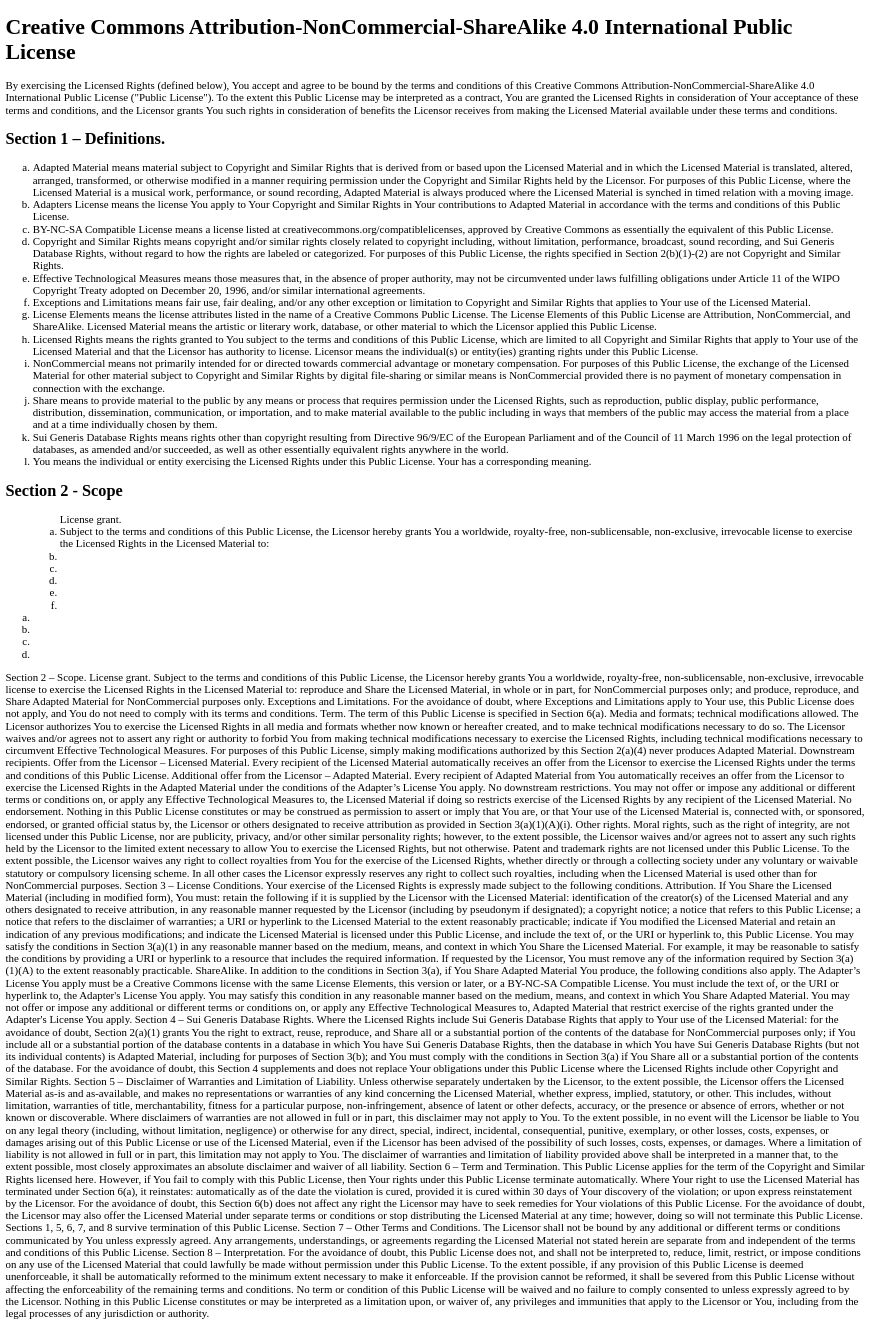
Repository: Team-Ikigami/Ascendance
Page: LICENSE-CC BY-NC-SA.html
An editor plug-in stored every save of this project. The page is shown before and after the next save, followed by the edit.
The browser window is 1280 px wide. The pictures show the whole page, at 68% of full size.

Above is the page before, as saved 2021-12-12 00:56:16.

### LICENSE-CC BY-NC-SA.html
<!DOCTYPE html>
<html lang="en">
<head>
	<meta charset="UTF-8">
	<meta http-equiv="X-UA-Compatible" content="IE=edge">
	<meta name="viewport" content="width=device-width, initial-scale=1.0">
	<title>LICENSE-CC BY-NC-SA</title>
	<style type="text/css">
		ol { list-style-type: lower-alpha; }
		#center { text-align: center; }
	</style>
</head>
<body>
	<h1 class="center">Creative Commons Attribution-NonCommercial-ShareAlike 4.0 International Public License</h1>
	<p>
		By exercising the Licensed Rights (defined below), You accept and agree to be bound by the terms and conditions of this Creative Commons Attribution-NonCommercial-ShareAlike 4.0 International Public License ("Public License"). To the extent this Public License may be interpreted as a contract, You are granted the Licensed Rights in consideration of Your acceptance of these terms and conditions, and the Licensor grants You such rights in consideration of benefits the Licensor receives from making the Licensed Material available under these terms and conditions.
	</p>
	<h2 class="center">Section 1 – Definitions.</h2>
	<ol>
		<li>
			Adapted Material means material subject to Copyright and Similar Rights that is derived from or based upon the Licensed Material and in which the Licensed Material is translated, altered, arranged, transformed, or otherwise modified in a manner requiring permission under the Copyright and Similar Rights held by the Licensor. For purposes of this Public License, where the Licensed Material is a musical work, performance, or sound recording, Adapted Material is always produced where the Licensed Material is synched in timed relation with a moving image.
		</li>
		<li>
			Adapters License means the license You apply to Your Copyright and Similar Rights in Your contributions to Adapted Material in accordance with the terms and conditions of this Public License.
		</li>
		<li>
			BY-NC-SA Compatible License means a license listed at creativecommons.org/compatiblelicenses, approved by Creative Commons as essentially the equivalent of this Public License.
		</li>
		<li>
			Copyright and Similar Rights means copyright and/or similar rights closely related to copyright including, without limitation, performance, broadcast, sound recording, and Sui Generis Database Rights, without regard to how the rights are labeled or categorized. For purposes of this Public License, the rights specified in Section 2(b)(1)-(2) are not Copyright and Similar Rights.
		</li>
		<li>
			Effective Technological Measures means those measures that, in the absence of proper authority, may not be circumvented under laws fulfilling obligations under Article 11 of the WIPO Copyright Treaty adopted on December 20, 1996, and/or similar international agreements.
		</li>
		<li>
			Exceptions and Limitations means fair use, fair dealing, and/or any other exception or limitation to Copyright and Similar Rights that applies to Your use of the Licensed Material.
		</li>
		<li>
			License Elements means the license attributes listed in the name of a Creative Commons Public License. The License Elements of this Public License are Attribution, NonCommercial, and ShareAlike.
			Licensed Material means the artistic or literary work, database, or other material to which the Licensor applied this Public License.
		</li>
		<li>
			Licensed Rights means the rights granted to You subject to the terms and conditions of this Public License, which are limited to all Copyright and Similar Rights that apply to Your use of the Licensed Material and that the Licensor has authority to license.
			Licensor means the individual(s) or entity(ies) granting rights under this Public License.
		</li>
		<li>
			NonCommercial means not primarily intended for or directed towards commercial advantage or monetary compensation. For purposes of this Public License, the exchange of the Licensed Material for other material subject to Copyright and Similar Rights by digital file-sharing or similar means is NonCommercial provided there is no payment of monetary compensation in connection with the exchange.
		</li>
		<li>
			Share means to provide material to the public by any means or process that requires permission under the Licensed Rights, such as reproduction, public display, public performance, distribution, dissemination, communication, or importation, and to make material available to the public including in ways that members of the public may access the material from a place and at a time individually chosen by them.
		</li>
		<li>
			Sui Generis Database Rights means rights other than copyright resulting from Directive 96/9/EC of the European Parliament and of the Council of 11 March 1996 on the legal protection of databases, as amended and/or succeeded, as well as other essentially equivalent rights anywhere in the world.
		</li>
		<li>
			You means the individual or entity exercising the Licensed Rights under this Public License. Your has a corresponding meaning.
		</li>
	</ol>
	<h2>Section 2 - Scope</h2>
	<ol>
		<ol>License grant.
			<li>Subject to the terms and conditions of this Public License, the Licensor hereby grants You a worldwide, royalty-free, non-sublicensable, non-exclusive, irrevocable license to exercise the Licensed Rights in the Licensed Material to:</li>
			<li></li>
			<li></li>
			<li></li>
			<li></li>
			<li></li>
		</ol>
		<li>
			<li></li>
			<li></li>
			<li></li>
		</li>
	</ol>
</body>
</html>

Section 2 – Scope.

License grant.
Subject to the terms and conditions of this Public License, the Licensor hereby grants You a worldwide, royalty-free, non-sublicensable, non-exclusive, irrevocable license to exercise the Licensed Rights in the Licensed Material to:
reproduce and Share the Licensed Material, in whole or in part, for NonCommercial purposes only; and
produce, reproduce, and Share Adapted Material for NonCommercial purposes only.
Exceptions and Limitations. For the avoidance of doubt, where Exceptions and Limitations apply to Your use, this Public License does not apply, and You do not need to comply with its terms and conditions.
Term. The term of this Public License is specified in Section 6(a).
Media and formats; technical modifications allowed. The Licensor authorizes You to exercise the Licensed Rights in all media and formats whether now known or hereafter created, and to make technical modifications necessary to do so. The Licensor waives and/or agrees not to assert any right or authority to forbid You from making technical modifications necessary to exercise the Licensed Rights, including technical modifications necessary to circumvent Effective Technological Measures. For purposes of this Public License, simply making modifications authorized by this Section 2(a)(4) never produces Adapted Material.
Downstream recipients.
Offer from the Licensor – Licensed Material. Every recipient of the Licensed Material automatically receives an offer from the Licensor to exercise the Licensed Rights under the terms and conditions of this Public License.
Additional offer from the Licensor – Adapted Material. Every recipient of Adapted Material from You automatically receives an offer from the Licensor to exercise the Licensed Rights in the Adapted Material under the conditions of the Adapter’s License You apply.
No downstream restrictions. You may not offer or impose any additional or different terms or conditions on, or apply any Effective Technological Measures to, the Licensed Material if doing so restricts exercise of the Licensed Rights by any recipient of the Licensed Material.
No endorsement. Nothing in this Public License constitutes or may be construed as permission to assert or imply that You are, or that Your use of the Licensed Material is, connected with, or sponsored, endorsed, or granted official status by, the Licensor or others designated to receive attribution as provided in Section 3(a)(1)(A)(i).
Other rights.

Moral rights, such as the right of integrity, are not licensed under this Public License, nor are publicity, privacy, and/or other similar personality rights; however, to the extent possible, the Licensor waives and/or agrees not to assert any such rights held by the Licensor to the limited extent necessary to allow You to exercise the Licensed Rights, but not otherwise.
Patent and trademark rights are not licensed under this Public License.
To the extent possible, the Licensor waives any right to collect royalties from You for the exercise of the Licensed Rights, whether directly or through a collecting society under any voluntary or waivable statutory or compulsory licensing scheme. In all other cases the Licensor expressly reserves any right to collect such royalties, including when the Licensed Material is used other than for NonCommercial purposes.
Section 3 – License Conditions.

Your exercise of the Licensed Rights is expressly made subject to the following conditions.

Attribution.

If You Share the Licensed Material (including in modified form), You must:

retain the following if it is supplied by the Licensor with the Licensed Material:
identification of the creator(s) of the Licensed Material and any others designated to receive attribution, in any reasonable manner requested by the Licensor (including by pseudonym if designated);
a copyright notice;
a notice that refers to this Public License;
a notice that refers to the disclaimer of warranties;
a URI or hyperlink to the Licensed Material to the extent reasonably practicable;
indicate if You modified the Licensed Material and retain an indication of any previous modifications; and
indicate the Licensed Material is licensed under this Public License, and include the text of, or the URI or hyperlink to, this Public License.
You may satisfy the conditions in Section 3(a)(1) in any reasonable manner based on the medium, means, and context in which You Share the Licensed Material. For example, it may be reasonable to satisfy the conditions by providing a URI or hyperlink to a resource that includes the required information.
If requested by the Licensor, You must remove any of the information required by Section 3(a)(1)(A) to the extent reasonably practicable.
ShareAlike.
In addition to the conditions in Section 3(a), if You Share Adapted Material You produce, the following conditions also apply.

The Adapter’s License You apply must be a Creative Commons license with the same License Elements, this version or later, or a BY-NC-SA Compatible License.
You must include the text of, or the URI or hyperlink to, the Adapter's License You apply. You may satisfy this condition in any reasonable manner based on the medium, means, and context in which You Share Adapted Material.
You may not offer or impose any additional or different terms or conditions on, or apply any Effective Technological Measures to, Adapted Material that restrict exercise of the rights granted under the Adapter's License You apply.
Section 4 – Sui Generis Database Rights.

Where the Licensed Rights include Sui Generis Database Rights that apply to Your use of the Licensed Material:

for the avoidance of doubt, Section 2(a)(1) grants You the right to extract, reuse, reproduce, and Share all or a substantial portion of the contents of the database for NonCommercial purposes only;
if You include all or a substantial portion of the database contents in a database in which You have Sui Generis Database Rights, then the database in which You have Sui Generis Database Rights (but not its individual contents) is Adapted Material, including for purposes of Section 3(b); and
You must comply with the conditions in Section 3(a) if You Share all or a substantial portion of the contents of the database.
For the avoidance of doubt, this Section 4 supplements and does not replace Your obligations under this Public License where the Licensed Rights include other Copyright and Similar Rights.
Section 5 – Disclaimer of Warranties and Limitation of Liability.

Unless otherwise separately undertaken by the Licensor, to the extent possible, the Licensor offers the Licensed Material as-is and as-available, and makes no representations or warranties of any kind concerning the Licensed Material, whether express, implied, statutory, or other. This includes, without limitation, warranties of title, merchantability, fitness for a particular purpose, non-infringement, absence of latent or other defects, accuracy, or the presence or absence of errors, whether or not known or discoverable. Where disclaimers of warranties are not allowed in full or in part, this disclaimer may not apply to You.
To the extent possible, in no event will the Licensor be liable to You on any legal theory (including, without limitation, negligence) or otherwise for any direct, special, indirect, incidental, consequential, punitive, exemplary, or other losses, costs, expenses, or damages arising out of this Public License or use of the Licensed Material, even if the Licensor has been advised of the possibility of such losses, costs, expenses, or damages. Where a limitation of liability is not allowed in full or in part, this limitation may not apply to You.
The disclaimer of warranties and limitation of liability provided above shall be interpreted in a manner that, to the extent possible, most closely approximates an absolute disclaimer and waiver of all liability.
Section 6 – Term and Termination.

This Public License applies for the term of the Copyright and Similar Rights licensed here. However, if You fail to comply with this Public License, then Your rights under this Public License terminate automatically.
Where Your right to use the Licensed Material has terminated under Section 6(a), it reinstates:

automatically as of the date the violation is cured, provided it is cured within 30 days of Your discovery of the violation; or
upon express reinstatement by the Licensor.
For the avoidance of doubt, this Section 6(b) does not affect any right the Licensor may have to seek remedies for Your violations of this Public License.
For the avoidance of doubt, the Licensor may also offer the Licensed Material under separate terms or conditions or stop distributing the Licensed Material at any time; however, doing so will not terminate this Public License.
Sections 1, 5, 6, 7, and 8 survive termination of this Public License.
Section 7 – Other Terms and Conditions.

The Licensor shall not be bound by any additional or different terms or conditions communicated by You unless expressly agreed.
Any arrangements, understandings, or agreements regarding the Licensed Material not stated herein are separate from and independent of the terms and conditions of this Public License.
Section 8 – Interpretation.

For the avoidance of doubt, this Public License does not, and shall not be interpreted to, reduce, limit, restrict, or impose conditions on any use of the Licensed Material that could lawfully be made without permission under this Public License.
To the extent possible, if any provision of this Public License is deemed unenforceable, it shall be automatically reformed to the minimum extent necessary to make it enforceable. If the provision cannot be reformed, it shall be severed from this Public License without affecting the enforceability of the remaining terms and conditions.
No term or condition of this Public License will be waived and no failure to comply consented to unless expressly agreed to by the Licensor.
Nothing in this Public License constitutes or may be interpreted as a limitation upon, or waiver of, any privileges and immunities that apply to the Licensor or You, including from the legal processes of any jurisdiction or authority.

After the next save:
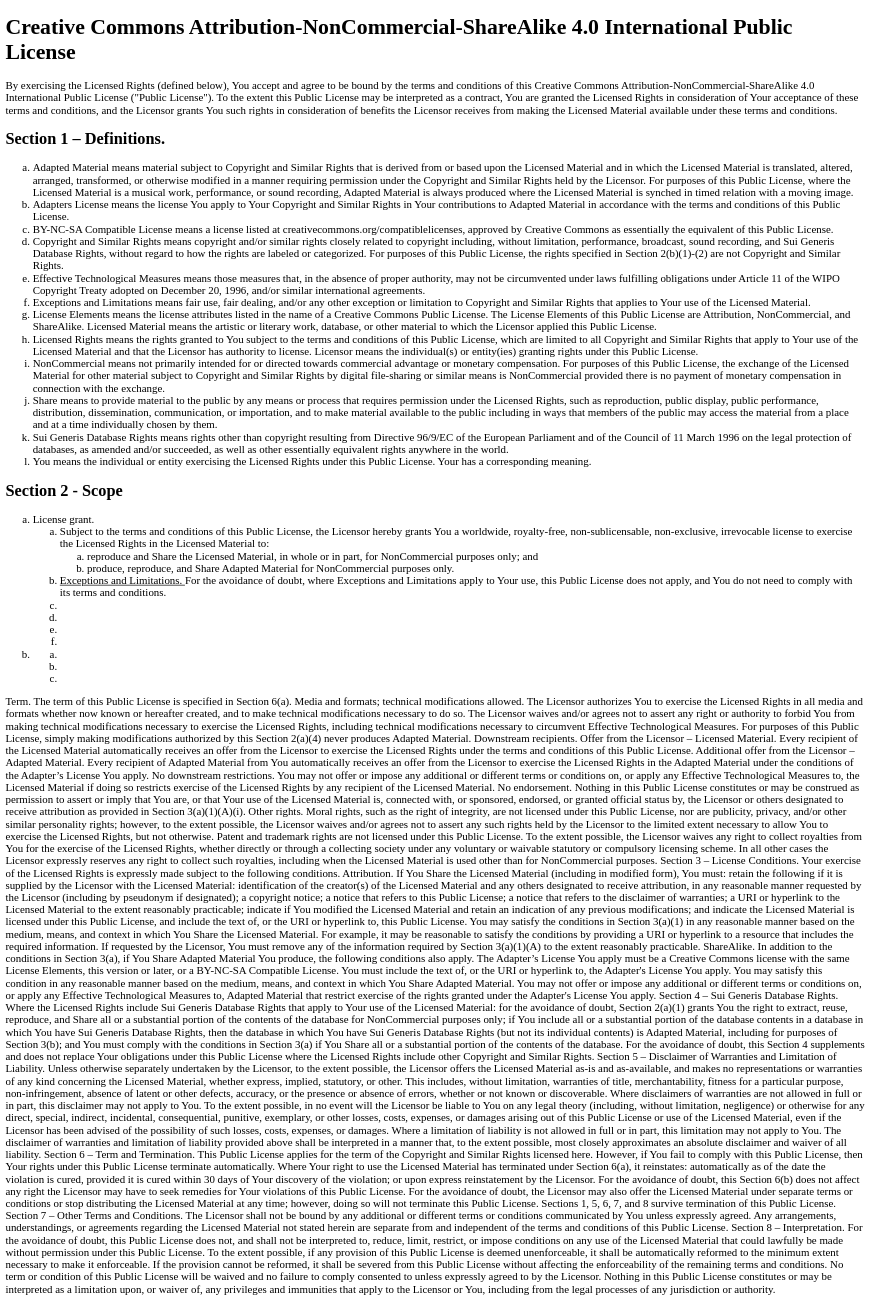
Saved 12 min 46 s later.
--- a/LICENSE-CC BY-NC-SA.html
+++ b/LICENSE-CC BY-NC-SA.html
@@ -58,30 +58,39 @@
 	</ol>
 	<h2>Section 2 - Scope</h2>
 	<ol>
-		<ol>License grant.
-			<li>Subject to the terms and conditions of this Public License, the Licensor hereby grants You a worldwide, royalty-free, non-sublicensable, non-exclusive, irrevocable license to exercise the Licensed Rights in the Licensed Material to:</li>
-			<li></li>
-			<li></li>
-			<li></li>
-			<li></li>
-			<li></li>
-		</ol>
+		<li>License grant.
+			<ol>
+				<li>
+					Subject to the terms and conditions of this Public License, the Licensor hereby grants You a worldwide, royalty-free, non-sublicensable, non-exclusive, irrevocable license to exercise the Licensed Rights in the Licensed Material to:
+					<ol>
+						<li>reproduce and Share the Licensed Material, in whole or in part, for NonCommercial purposes only; and</li>
+						<li>produce, reproduce, and Share Adapted Material for NonCommercial purposes only.</li>
+					</ol>
+				</li>
+				<li>
+					<u>
+						Exceptions and Limitations.
+					</u>
+					For the avoidance of doubt, where Exceptions and Limitations apply to Your use, this Public License does not apply, and You do not need to comply with its terms and conditions.
+				</li>
+				<li></li>
+				<li></li>
+				<li></li>
+				<li></li>
+			</ol>
+		</li>
 		<li>
-			<li></li>
-			<li></li>
-			<li></li>
+			<ol>
+				<li></li>
+				<li></li>
+				<li></li>
+			</ol>
 		</li>
 	</ol>
 </body>
 </html>
 
-Section 2 – Scope.
 
-License grant.
-Subject to the terms and conditions of this Public License, the Licensor hereby grants You a worldwide, royalty-free, non-sublicensable, non-exclusive, irrevocable license to exercise the Licensed Rights in the Licensed Material to:
-reproduce and Share the Licensed Material, in whole or in part, for NonCommercial purposes only; and
-produce, reproduce, and Share Adapted Material for NonCommercial purposes only.
-Exceptions and Limitations. For the avoidance of doubt, where Exceptions and Limitations apply to Your use, this Public License does not apply, and You do not need to comply with its terms and conditions.
 Term. The term of this Public License is specified in Section 6(a).
 Media and formats; technical modifications allowed. The Licensor authorizes You to exercise the Licensed Rights in all media and formats whether now known or hereafter created, and to make technical modifications necessary to do so. The Licensor waives and/or agrees not to assert any right or authority to forbid You from making technical modifications necessary to exercise the Licensed Rights, including technical modifications necessary to circumvent Effective Technological Measures. For purposes of this Public License, simply making modifications authorized by this Section 2(a)(4) never produces Adapted Material.
 Downstream recipients.
